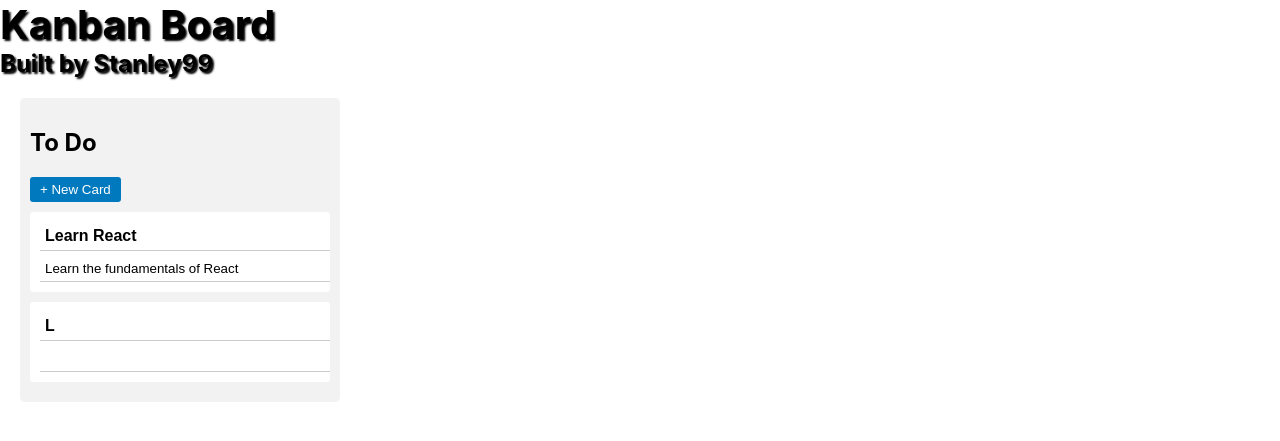
Repository: trapper99/kanban-app
Page: /
The author's editor kept a copy of each file at every save. The page is drawn from the files as they stood at one save, then again after a run of saves.
The browser window is 1280 px wide. The pictures show the whole page.
The project was rebuilt for these pictures with package versions that can differ from the ones it lists, and the page was loaded fresh each time.

Above is the page before, as saved 2023-06-12 15:12:54.

After the next 3 saves:
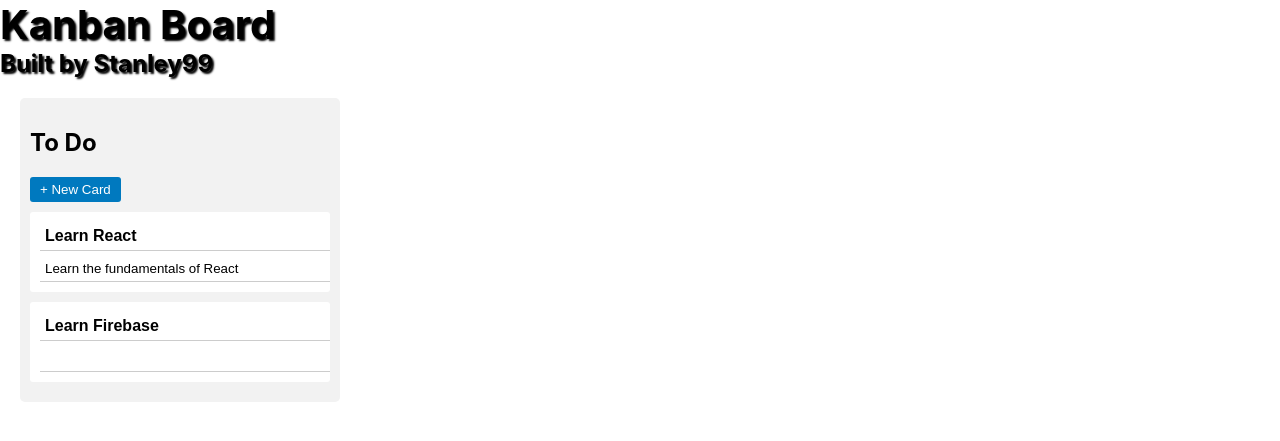
The 3 saves are shown as one change because they came seconds apart.
The last was saved 9 s later.
--- a/src/App.js
+++ b/src/App.js
@@ -68,7 +68,7 @@ function App() {
             },
             {
               id: 2,
-              title: 'L'
+              title: 'Learn Firebase'
             }
           ]
         }
